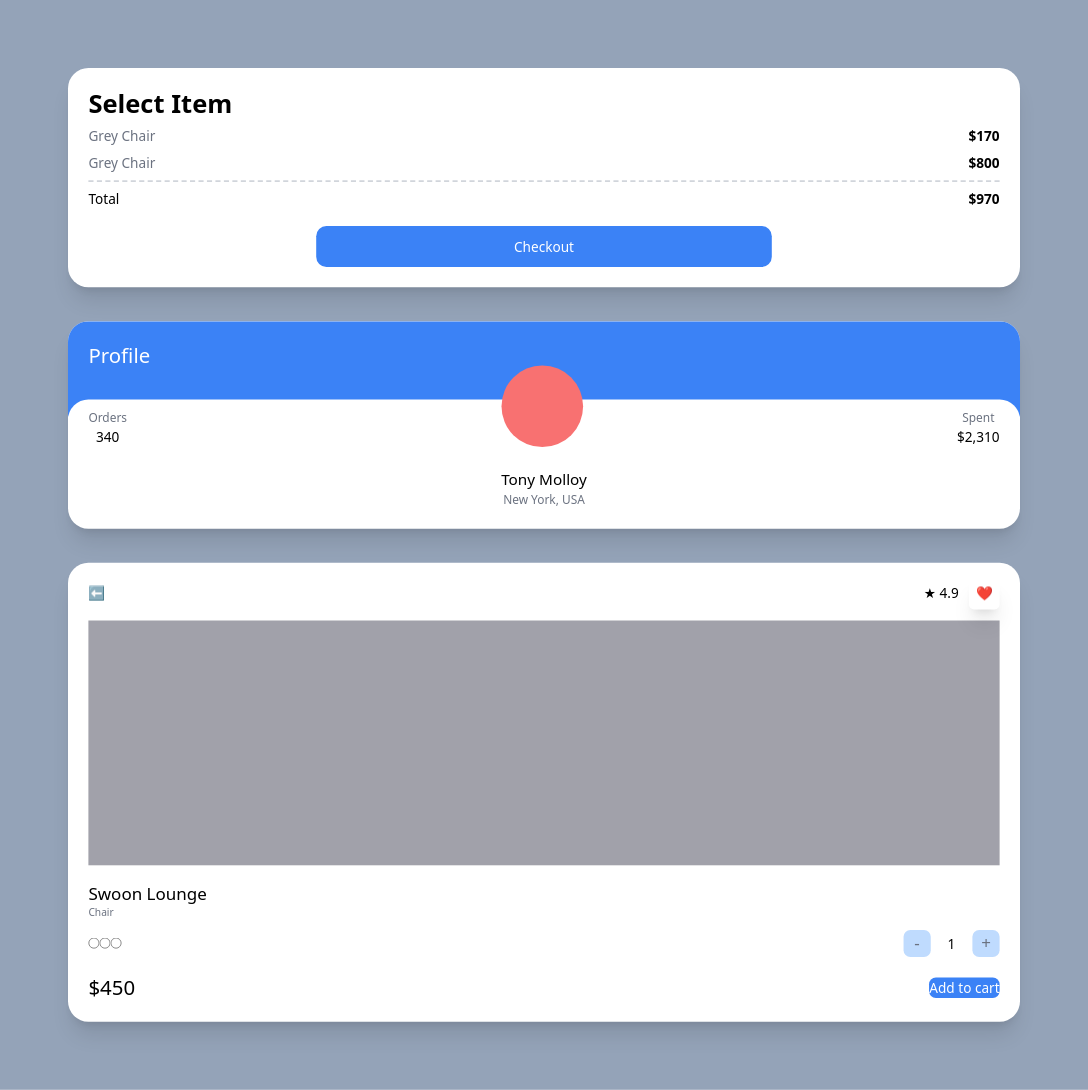
Repository: pjk0007/nextjs-carrot-marcket
Page: /
These files come from the project's save history. The page is drawn as it stood at one moment and after a run of saves; the edit follows.
The browser window is 1280 px wide. The pictures show the whole page, at 85% of full size.
The project was rebuilt for these pictures with package versions that can differ from the ones it lists, and the page was loaded fresh each time. The framework's server and built-in components were replaced by stand-ins that run in the browser. Also part of the build but not shown: next.config.js.

Above is the page before, as saved 2022-04-30 13:32:13.

### pages/index.tsx
import type { NextPage } from 'next'
const Home: NextPage = () => {
  return (
    <div className='bg-slate-400 py-20 px-20 grid gap-10 min-h-screen'>
      <div className='bg-white p-6 rounded-3xl shadow-xl'>
        <span className='font-semibold text-3xl'>Select Item</span>
        <div className='flex justify-between my-2'>
          <span className='text-gray-500'>Grey Chair</span>
          <span className='font-semibold'>$170</span>
        </div>
        <div className='flex justify-between'>
          <span className='text-gray-500'>Grey Chair</span>
          <span className='font-semibold'>$800</span>
        </div>
        <div className='flex justify-between mt-2 pt-2 border-t-2 border-dashed border-gray-300'>
          <span>Total</span>
          <span className='font-semibold'>$970</span>
        </div>
        <div className='mt-5 bg-blue-500 text-white p-3 text-center rounded-xl w-1/2 mx-auto'>Checkout</div>
      </div>

      <div className='bg-white overflow-hidden rounded-3xl shadow-xl'>
        <div className='bg-blue-500 p-6 pb-14'>
          <span className='text-white text-2xl'>Profile</span>
        </div>
        <div className='rounded-3xl p-6 relative -top-5 bg-white'>
          <div className='flex relative -top-16 items-end justify-between'>
            <div className='flex flex-col items-center'>
              <span className='text-sm text-gray-500'>Orders</span>
              <span className='font-medium'>340</span>
            </div>
            <div className='h-24 w-24 bg-red-400 rounded-full'/>
            <div className='flex flex-col items-center'>
              <span className='text-sm text-gray-500'>Spent</span>
              <span className='font-medium'>$2,310</span>
            </div>
          </div>
          <div className='flex flex-col items-center -mt-10 -mb-5'>
            <span className='text-lg font-medium'>Tony Molloy</span>
            <span className='text-sm text-gray-500'>New York, USA</span>
          </div>
        </div>
      </div>

      <div className='bg-white p-6 rounded-3xl shadow-xl'>
        <div className='flex mb-5 justify-between items-center'>
          <span>⬅</span>
          <div className='space-x-3'>
            <span>★ 4.9</span>
            <span className='shadow-xl p-2 rounded-md'>❤️</span>
          </div>
        </div>
        <div className='bg-zinc-400 h-72 mb-5'/>
        <div className='flex flex-col'>
          <span className='font-medium text-xl'>Swoon Lounge</span>
          <span className='text-xs text-gray-500'>Chair</span>
          <div className='mt-3 mb-5 flex justify-between items-center'>
            <div>
              <input type="radio" />
              <input type="radio" />
              <input type="radio" />
            </div>
            <div className='flex items-center space-x-5'>
              <button className='rounded-lg bg-blue-200 justify-center items-center aspect-square w-8 text-xl text-gray-500'>-</button>
              <span>1</span>
              <button className='rounded-lg bg-blue-200 justify-center items-center aspect-square w-8 text-xl text-gray-500'>+</button>
            </div>
          </div>
          <div className='flex justify-between items-center'>
            <span className='font-medium text-2xl'>$450</span>
            <button className='bg-blue-500 text-center text-white rounded-lg'>Add to cart</button>
          </div>
        </div>
      </div>
    </div>
  );
}

export default Home

### tailwind.config.js
module.exports = {
  content: [
    "./pages/**/*.{js,jsx,ts,tsx}",
    "./components/**/*.{js,jsx,ts,tsx}"
  ],
  theme: {
    extend: {},
  },
  plugins: [],
}

Loaded but not shown: pages/_app.tsx (common file); styles/globals.css (common file)

After the next 2 saves:
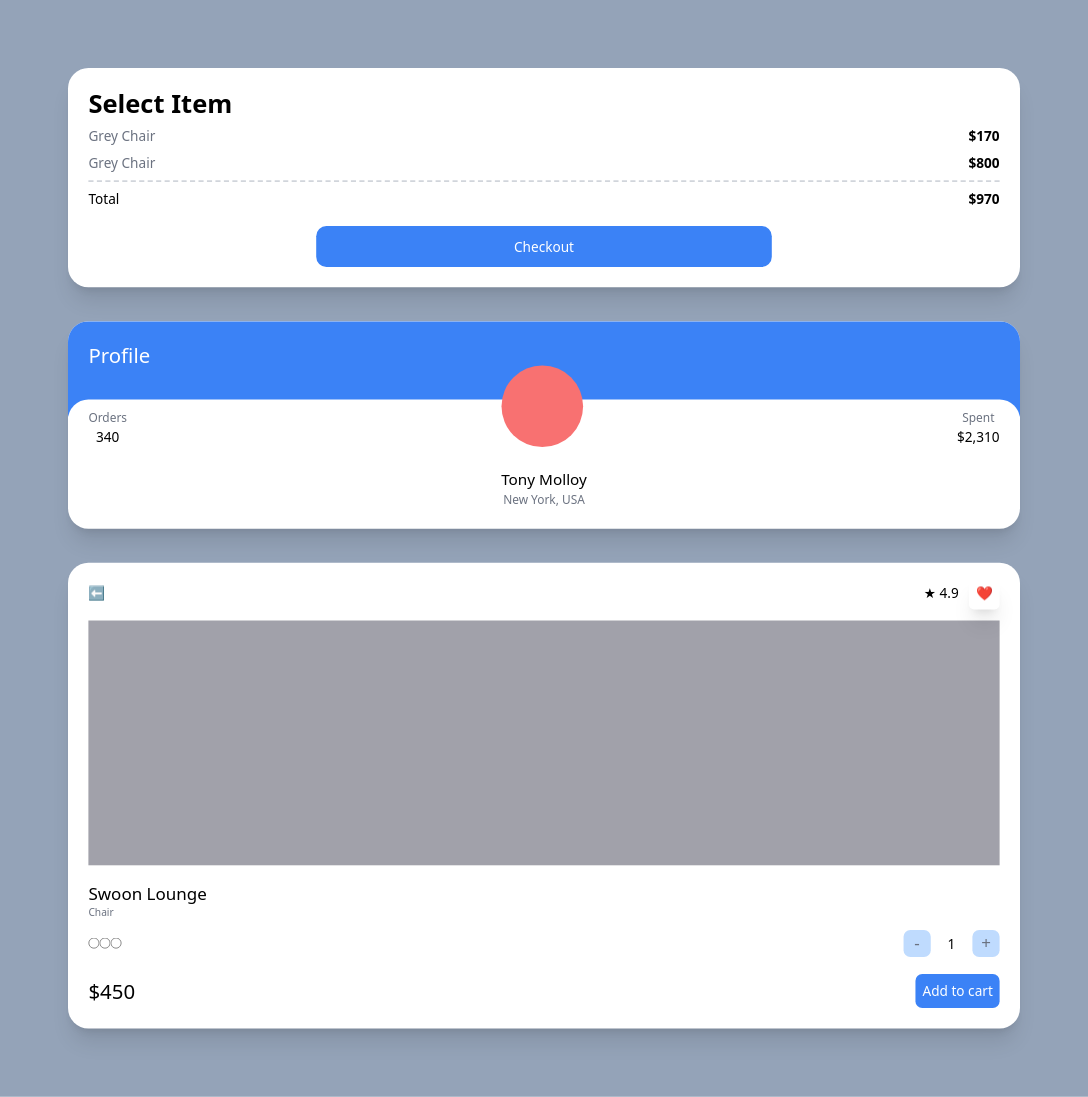
The 2 saves are shown as one change because they came seconds apart.
The last was saved 23 s later.
--- a/pages/index.tsx
+++ b/pages/index.tsx
@@ -68,7 +68,7 @@ const Home: NextPage = () => {
           </div>
           <div className='flex justify-between items-center'>
             <span className='font-medium text-2xl'>$450</span>
-            <button className='bg-blue-500 text-center text-white rounded-lg'>Add to cart</button>
+            <button className='bg-blue-500 text-center text-white rounded-lg p-2'>Add to cart</button>
           </div>
         </div>
       </div>
